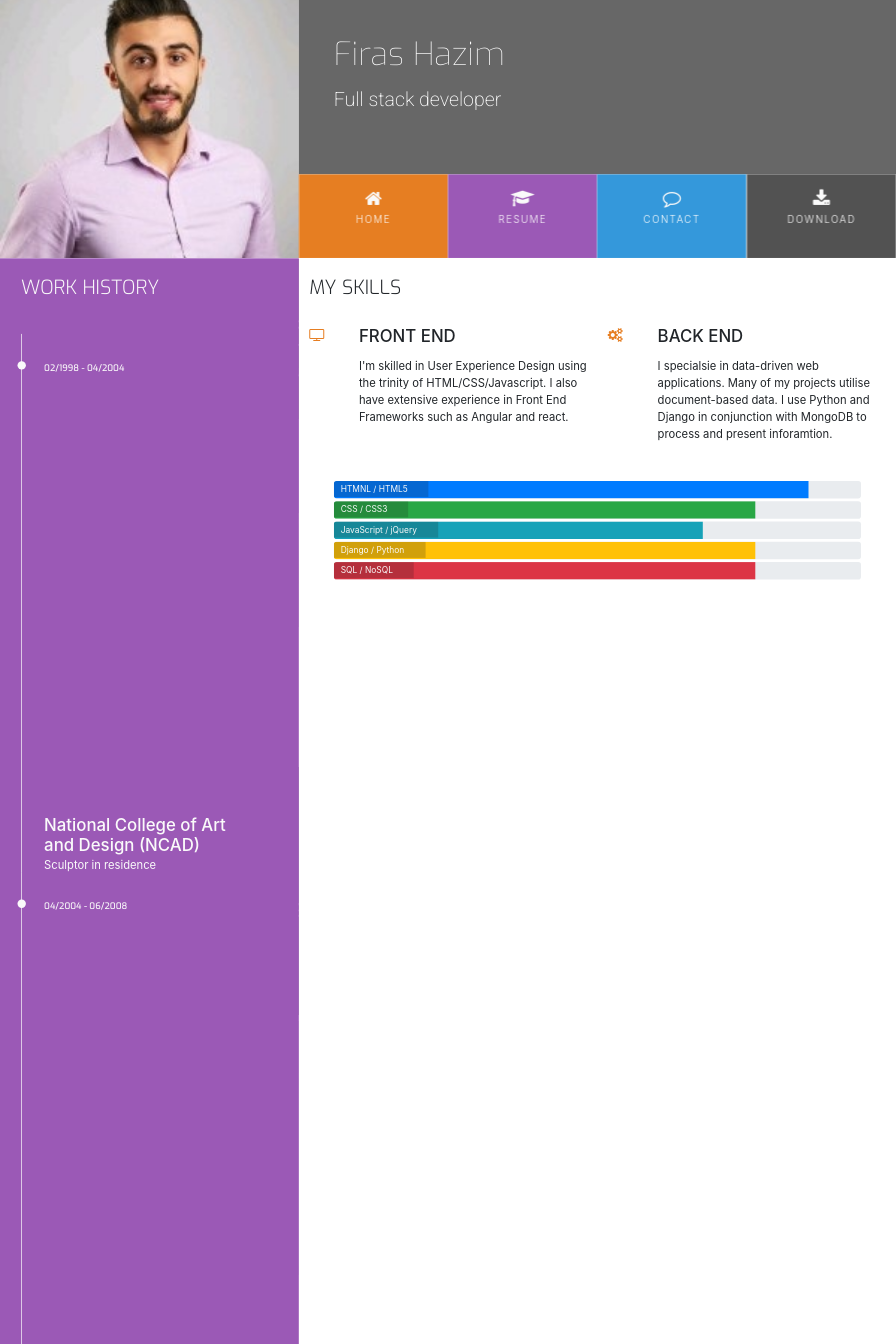
Repository: FirasH94/ResumeProject
Page: resume.html
The author's editor kept a record of every edit. The page is drawn from the files as they stood at one moment, then again after the next edit.
The browser window is 1280 px wide. The pictures show the part of the page from y = 0 to 1920 px (the page is 3717 px tall before and 1221 px after), at 70% of full size.

Above is the page before.

### resume.html
<!DOCTYPE html>
<html lang="en">
<head>
    <meta charset="UTF-8">
    <meta name="viewport" content="width=device-width, initial-scale=1.0">
    <meta http-equiv="X-UA-Compatible" content="ie=edge">
    <link rel="stylesheet" href="https://stackpath.bootstrapcdn.com/bootstrap/4.3.1/css/bootstrap.min.css" type="text/css" />
    <link rel="stylesheet" href="https://stackpath.bootstrapcdn.com/font-awesome/4.7.0/css/font-awesome.min.css" type="text/css" />
    <link rel="stylesheet" href="https://cdnjs.cloudflare.com/ajax/libs/hover.css/2.3.1/css/hover-min.css" type="text/css" />
    <link rel="stylesheet" href="assets/css/style.css" type="text/css" />
    <title>Firas</title>
</head>
<body>
    <header>
        <div class="row no-gutters">
            <a href="index.html" class="col-md-4 logo">

            </a>
            <div class="col-md-8">
                <div class="row bg-color-name-title no-gutters">
                    <div class="col heading">
                        <h1 class="name">Firas Hazim</h1>
                        <h2 class="title">Full stack developer</h2>
                    </div>
                </div>
                <div class="row no-gutters">
                    <div class="col">
                        <ul id="nav" class="list-inline menucontainer">
                            <li class="col-6 col-sm-3 ui-menu-color-home list-inline-item menuitem hvr-sweep-to-bottom">
                                <a href="#"><i class="fa fa-home" aria-hidden="true"></i><span>Home</span></a>
                            </li>
                            <li class="col-6 col-sm-3 ui-menu-color-resume list-inline-item menuitem hvr-sweep-to-bottom">
                                <a href="#"><i class="fa fa-graduation-cap" aria-hidden="true"></i><span>Resume</span></a>
                            </li>
                            <li class="col-6 col-sm-3 ui-menu-color-contact list-inline-item menuitem hvr-sweep-to-bottom">
                                <a href="#"><i class="fa fa-comment-o" aria-hidden="true"></i><span>Contact</span></a>
                            </li>
                            <li class="col-6 col-sm-3 ui-menu-color-download list-inline-item menuitem hvr-sweep-to-bottom">
                                <a href="#"><i class="fa fa-download" aria-hidden="true"></i><span>Download</span></a>
                            </li>
                        </ul>
                    </div>
                </div>
            </div>
        </div>
    </header>
<section class="container-fluid">
        <div class="row">
            <div class="col-md-4 bg-color-work-history section-column">
                <div class="row">
                    <div class="col-12">
                        <h3 class="history-heading uppercase">
                            Work history
                        </h3>
                    </div>
                </div>
                    <div class="history-items">
                        <div class="timeline-item" data-dates="02/1998 - 04/2004">
                            <h4>National College of Art and Design (NCAD)</h4>
                            <p>Sculptor in residence</p>
                            </div>
                            <div class="timeline-item" data-dates="04/2004 - 06/2008">
                                <h4>Fisher and Diaz Funeral Directors</h4>
                                <p>Junior Embalmer</p>
                            </div>
                            <div class="timeline-item" data-dates="00/2008 - 04/2011">
                                <h4>Phantom Design Inc. Dublin</h4>
                                <p>Junior Front end Developer</p>
                            </div>
                            <div class="timeline-item" data-dates="04/2011 - Present">
                                <h4>Hooli Inc. Silicon Valley</h4>
                                <p>Full Stack Web Developer</p>
                            </div>
                    </div>
            </div>

            <div class="col-md-8 bg-color-three-reasons">
                <div class="row">
                    <div class="col">
                        <h3 class="section-heading uppercase">My Skills</h3>
                    </div>
                </div>
                <div class="row">
                    <div class="col-10 offset-1 offset-sm-0 col-sm-4 col-md-6">
                        <div class="row">
                            <div class="col-2">
                                <i class="three-reasons-icon fa fa-tv" aria-hidden="true"></i>
                            </div>
                            <div class="col-10">
                                <h4 class="three-reasons-heading uppercase">Front End</h4>
                                <p>
                                    I'm skilled in User Experience Design using the trinity of HTML/CSS/Javascript.
                                    I also have extensive experience in Front End Frameworks such as Angular and react.
                                </p>
                            </div>
                        </div>
                    </div>
                    <div class="col-10 offset-1 offset-sm-0 col-sm-4 col-md-6">
                        <div class="row">
                            <div class="col-2">
                                <i class="three-reasons-icon fa fa-gears" aria-hidden="true"></i>
                            </div>
                            <div class="col-10">
                                <h4 class="three-reasons-heading uppercase">Back End</h4>
                                <p>
                                   I specialsie in data-driven web applications. Many of my projects utilise document-based data.
                                   I use Python and Django in conjunction with MongoDB to process and present inforamtion.
                                </p>
                            </div>
                        </div>
                    </div>

                </div>
                <div class="row progress-section">
                    <div class="col">
                        <div class="progress">
                            <div class="progress-bar" role="progressbar" aria-valuenow="90" aria-valuemin="0"
                            aria-valuemax="100" style="width:90%;">
                                <span class="sr-only">90% Complete</span>
                            </div>
                            <span class="progress-type">HTMNL / HTML5</span>
                        </div>
                         <div class="progress">
                            <div class="progress-bar bg-success" role="progressbar" aria-valuenow="80" aria-valuemin="0"
                            aria-valuemax="100" style="width:80%;">
                                <span class="sr-only">80% Complete</span>
                            </div>
                            <span class="progress-type">CSS / CSS3</span>
                        </div>
                        <div class="progress">
                            <div class="progress-bar bg-info" role="progressbar" aria-valuenow="70" aria-valuemin="0"
                            aria-valuemax="100" style="width:70%;">
                                <span class="sr-only">70% Complete</span>
                            </div>
                            <span class="progress-type">JavaScript / jQuery</span>
                        </div>
                        <div class="progress">
                            <div class="progress-bar bg-warning" role="progressbar" aria-valuenow="80" aria-valuemin="0"
                            aria-valuemax="100" style="width:80%;">
                                <span class="sr-only">80% Complete</span>
                            </div>
                            <span class="progress-type">Django / Python</span>
                        </div>
                        <div class="progress">
                            <div class="progress-bar bg-danger" role="progressbar" aria-valuenow="80" aria-valuemin="0"
                            aria-valuemax="100" style="width:80%;">
                                <span class="sr-only">80% Complete</span>
                            </div>
                            <span class="progress-type">SQL / NoSQL</span>
                        </div>
                    </div>
                </div>
            </div>
        </div>

    </section>
    <footer class="container-fluid">
        <div id="footer-details" class="row">
            <div class="col-sm-4">
                <h5 class="uppercase general-sub">About</h5>
                <p class="inline-block">
                    Lorem ipsum dolor sit amet, consectetur adipisicing elit.
                    Veritatis quis harum, architecto, itaque nihil id at repellat et possimus! Quas.
                </p>
            </div>
            <div class="col-sm-4">
                <h5 class="uppercase general-sub">Download</h5>
                <p class="inline-block">
                    Need a printable version of my CV? Download it here
                    <a href="#" target="_blank" class="cv-pdf">
                        <i class="fa fa-download" aria-hidden="true"></i>
                        <span class="sr-only">Download link.</span>
                    </a>
                </p>
            </div>
            <div class="col-sm-4">
                <h5 class="uppercase general-sub">Social</h5>
                <ul class="list-inline social-links">
                    <li class="list-inline-item">
                        <a target="_blank" href="#">
                            <i class="fa fa-facebook" aria-hidden="true"></i>
                            <span class="sr-only">Facebook</span>
                        </a>
                    </li>
                                        <li class="list-inline-item">
                        <a target="_blank" href="#">
                            <i class="fa fa-twitter" aria-hidden="true"></i>
                            <span class="sr-only">Twitter</span>
                        </a>
                    </li>
                    <li class="list-inline-item">
                        <a target="_blank" href="#">
                            <i class="fa fa-linkedin" aria-hidden="true"></i>
                            <span class="sr-only">LinkedIn</span>
                        </a>
                    </li>
                    <li class="list-inline-item">
                        <a target="_blank" href="#">
                            <i class="fa fa-pinterest" aria-hidden="true"></i>
                            <span class="sr-only">Pinterest</span>
                        </a>
                    </li>
                    <li class="list-inline-item">
                        <a target="_blank" href="#">
                            <i class="fa fa-instagram" aria-hidden="true"></i>
                            <span class="sr-only">Instagram</span>
                        </a>
                    </li>
                    <li class="list-inline-item">
                        <a target="_blank" href="#">
                            <i class="fa fa-youtube" aria-hidden="true"></i>
                            <span class="sr-only">Youtube</span>
                        </a>
                    </li>
                </ul>
            </div>
        </div>

    </footer>
</body>
</html>

### assets/css/style.css
@import url('https://fonts.googleapis.com/css?family=Roboto:100,200,300,400,500,600,700|Exo:100,200,300,400,500,600,700');

.bg-color-name-title{
background-color:#676767;
}

.bg-color-three-reasons {
    background-color: #fff;
}

.bg-color-personal-info {

background-color: #f4f4f4;
}

.bg-color-work-history {
background-color: #9b59b6;
}

.ui-menu-color-home {
    background-color: #e67e22;
}

.ui-menu-color-resume {
    background-color: #9b59b6;
}

.ui-menu-color-contact {
    background-color: #3498db;
}

.ui-menu-color-download {
    background-color: #525252;
}

/* --------------------------------------Special paddings/margins/text */

h1,h2,h3,h4 {
    margin: 0;
}

.uppercase {
    text-transform: uppercase;
}

.general-sub {
    font-family: "Exo" , sans-serif;
    font-weight: 300;
    color: #fafafa;
}

.inline-block {
    display: inline-block;
}

.row-table {
    display: table;
}

.section-column {
    display: table-cell;
    padding: 0 30px 30px;
    float: none;
}

.history-heading,
.section-heading {
    font-family: "Exo", sans-serif;
    font-weight: 300;
    margin-top: 25px;
    margin-bottom: 40px;
}

/* --------------------------------------Heading */

header {
    margin:0;
}

.heading {
     margin-left: 50px;
}

.logo {
background: url("../images/profile_pic.jpg");
background-position: center;
background-repeat: no-repeat;
background-size: cover;
min-height: 360px;
transition: all .5s ease-in-out;
-moz-transition: all .5s ease-in-out;
-webkit-transition: all .5s ease-in-out;
}


.name {
    font-family: "Exo", sans-serif;
    font-weight: 100;
    font-size: 46px;
    margin-top: 50px;
    color: #fff;
}

.title {
    font-family: "Roboto", sans-serif;
    font-weight: 200;
    font-size: 28px;
    margin-top: 20px;
    margin-bottom: 90px;
    color: #fff;
}

.list-inline-item:not(:last-child){
    margin: 0;
}

.menucontainer {
    font-size: 0;
}

#nav {
    margin: 0;
}

#nav li {
    font-size: 14px;
    padding: 0;
}

.menuitem {
    height: 120px;
    text-align: center;
    padding: 0;
}

.menuitem a {
    width: 100%;
    text-decoration: none;
    color: #fff;
    height: 120px;
}

.menuitem a i {
    padding-top: 22px;
    display: block;
    color: #fafafa;
    font-size: 26px;
}

.menuitem span {
    display: block;
    width: 100%;
    padding-top: 5px;
    text-align: center;
    text-transform: uppercase;
    font-size: 14px;
    font-weight: 300;
    letter-spacing: 2px;
}

/* --------------------------Hover.css */

.hvr-sweep-to-bottom:before {
    background-color: rgba(0, 0, 0, 0.2);
    height: 120px;
}

/* --------------------------------------Footer */

footer {
    background-color: #525252;
    color: #fafafa;
    min-height: 120px;
    margin: 0;
}


.cv-pdf i {
    font-size: 18px;
    color: #fafafa;
    text-align: center;
    padding-left: 5px;
    transition: all 0.35s ease-in-out;
    -moz-transition: all 0.35s ease-in-out;
    -webkit-transition: all 0.35s ease-in-out;
    -o-transition: all 0.35s ease-in-out;
}

.cv-pdf i:hover {
    color: #e84610;
}

.social-links {
    padding-bottom: 15px;
}

.social-links li a i {
    width: 32px;
    height: 32px;
    padding: 12px 0;
    border-radius: 50%;
    font-size: 13px;
    line-height: 7px;
    text-align: center;
    color: #fafafa;
    background: #8f8f8f;
    transition: all 0.35s ease-in-out;
    -moz-transition: all 0.35s ease-in-out;
    -webkit-transition: all 0.35s ease-in-out;
    -o-transition: all 0.35s ease-in-out;
}

.social-links li a i:hover {
    background:#e84610;
}

#footer-details {
    padding: 20px;
}

/* --------------------------------------Three reasons */

.three-reasons-icon {
    font-size: 20px;
    color: #e67e22;
}

.three-reasons-heading {
    margin-bottom: 15px;
}

/* --------------------------------------Personal Info */

.personal-info-item {
    margin-bottom: 20px;
    display: block;
    clear: both;
}

.personal-info-item .key,
.personal-info-item .value {
    padding-right: 8px;
    display: inline-block;
}

.personal-info-item .key p,
.personal-info-item .value p {
    margin: 0;
}

.personal-info-item .key {
    width: 30%;
    margin-right: 21px;
    padding-top: 2px;
    vertical-align: top;
}

.personal-info-item .key p {
    font-weight: 700;
}

.personal-info-item .value {
    position: relative;
    width: 60%;
}

/* --------------------------------------Skills */

.progress{
position:relative;
height: 25px;
margin-bottom: 4px;

}

.progress-type {
    position: absolute;
    left: 0;
    font-weight: 400;
    padding: 3px 30px 2px 10px;
    color: #fafafa;
    background-color: rgba(25, 25, 25, 0.2);
}

.progress-section {
    margin: 40px 20px;
}

/* --------------------------------------Work History */

.history-heading {
    color: #fafafa;
    margin-bottom: 50px;
}

.timeline-item {
    padding: 43em 2em 0em 2em;
    position: relative;
    color: #fafafa;
    border-left: 1px solid;
}

.timeline-item p {
    padding: 0;
    margin: 0;
}

.timeline-item:before {
    content: attr(data-dates);
    position: absolute;
    left: 2.5em;
    top: 3em;
    display: block;
    font-family: "Exo" , sans-serif;
    font-weight: 500;
    font-size:  0.8em;
    padding: 0;
    margin: 0;
}

.timeline-item:after {
    width: 12px;
    height: 12px;
    display: block;
    top: 2.4em;
    position: absolute;
    left: -6px;
    border-radius: 12px;
    content: '';
    background: #fafafa;
}

After the next edit:
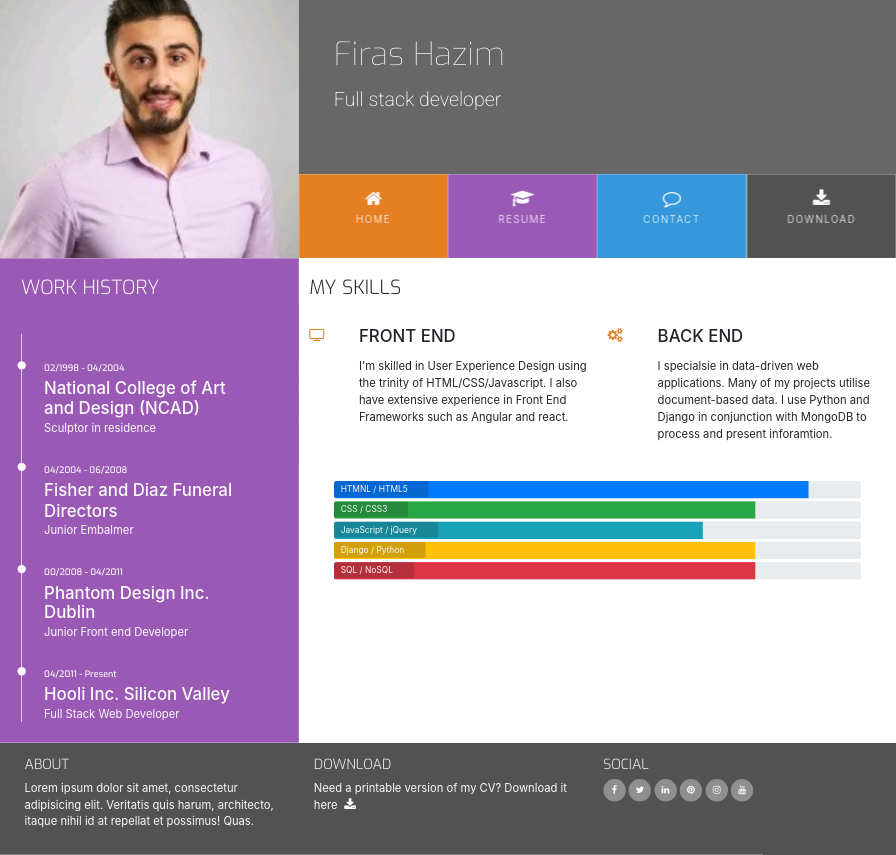
The edit:
--- a/assets/css/style.css
+++ b/assets/css/style.css
@@ -294,7 +294,7 @@
 }
 
 .timeline-item {
-    padding: 43em 2em 0em 2em;
+    padding: 4em 2em 0em 2em;
     position: relative;
     color: #fafafa;
     border-left: 1px solid;
